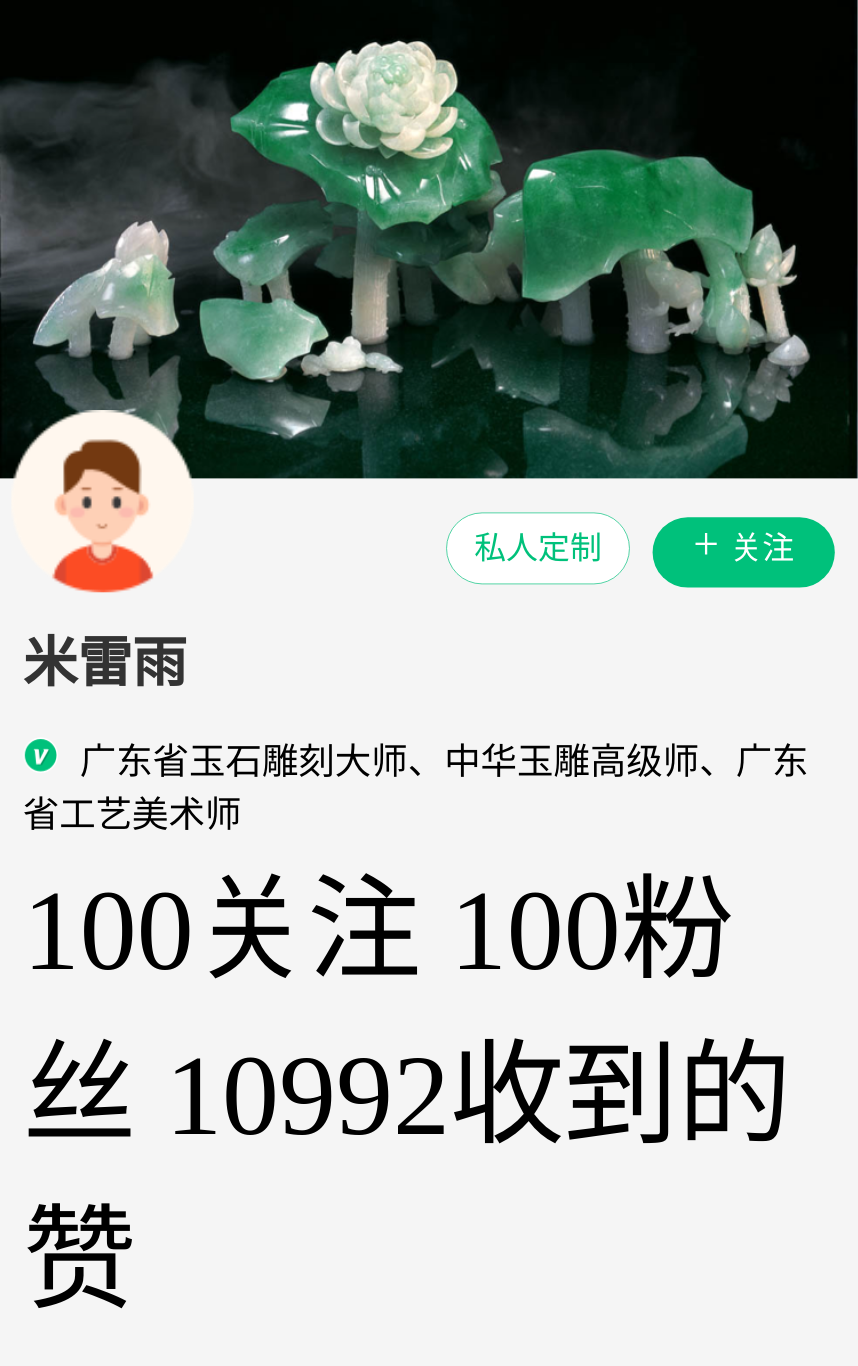
Repository: 1yanglulu/-
Page: html/jadecarvemaincenter.html
The author's editor kept a copy of each file at every save. The page is drawn from the files as they stood at one save, then again after the next save.
The browser window is 1280 px wide. The pictures show the whole page, at 67% of full size.

Above is the page before, as saved 2020-01-07 14:21:24.

After the next save:
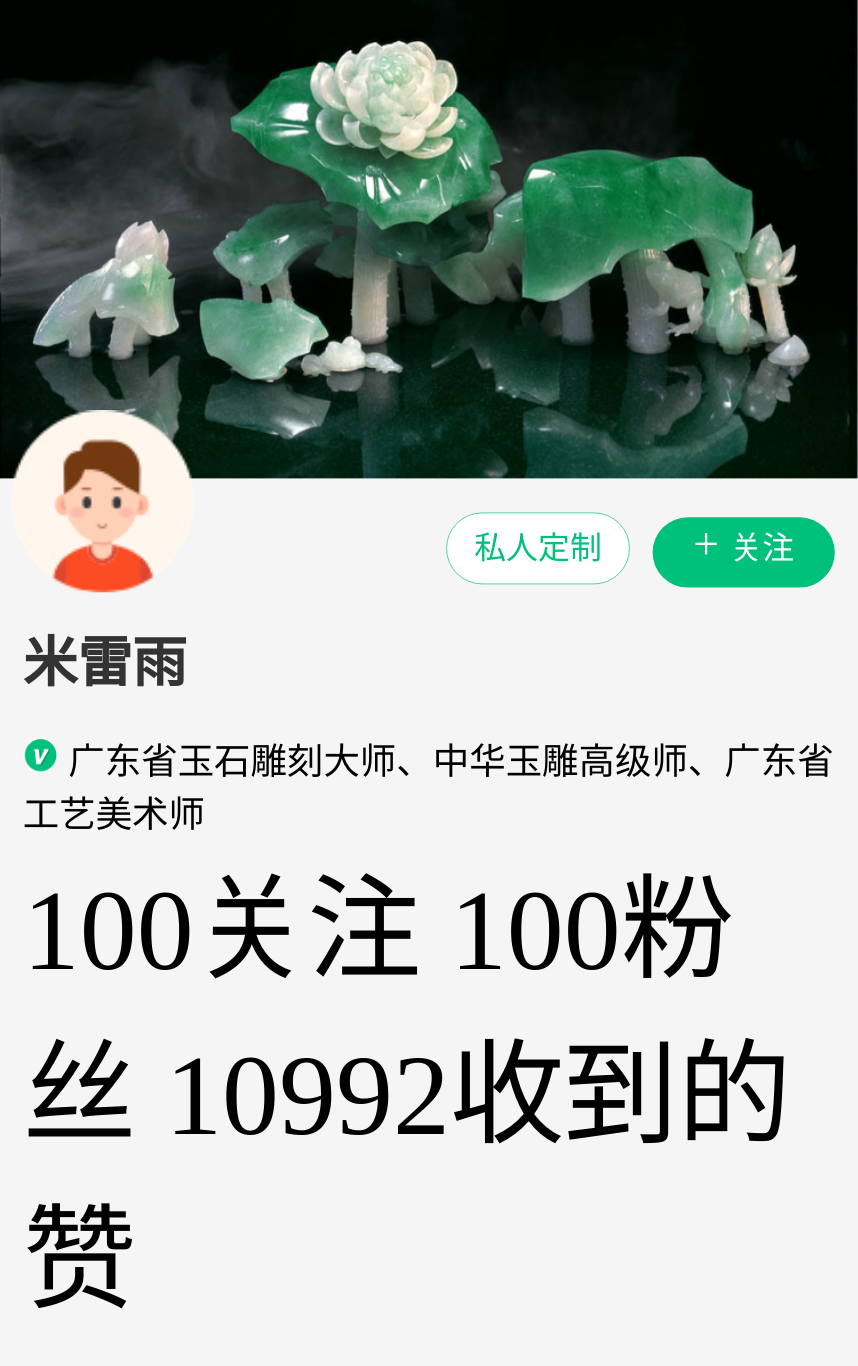
Saved 22 s later.
--- a/css/jadecarvemaincenter.css
+++ b/css/jadecarvemaincenter.css
@@ -70,5 +70,4 @@
   width: .32rem;
   height: .32rem;
   display: inline-block;
-  margin-right: .1rem;
 }
